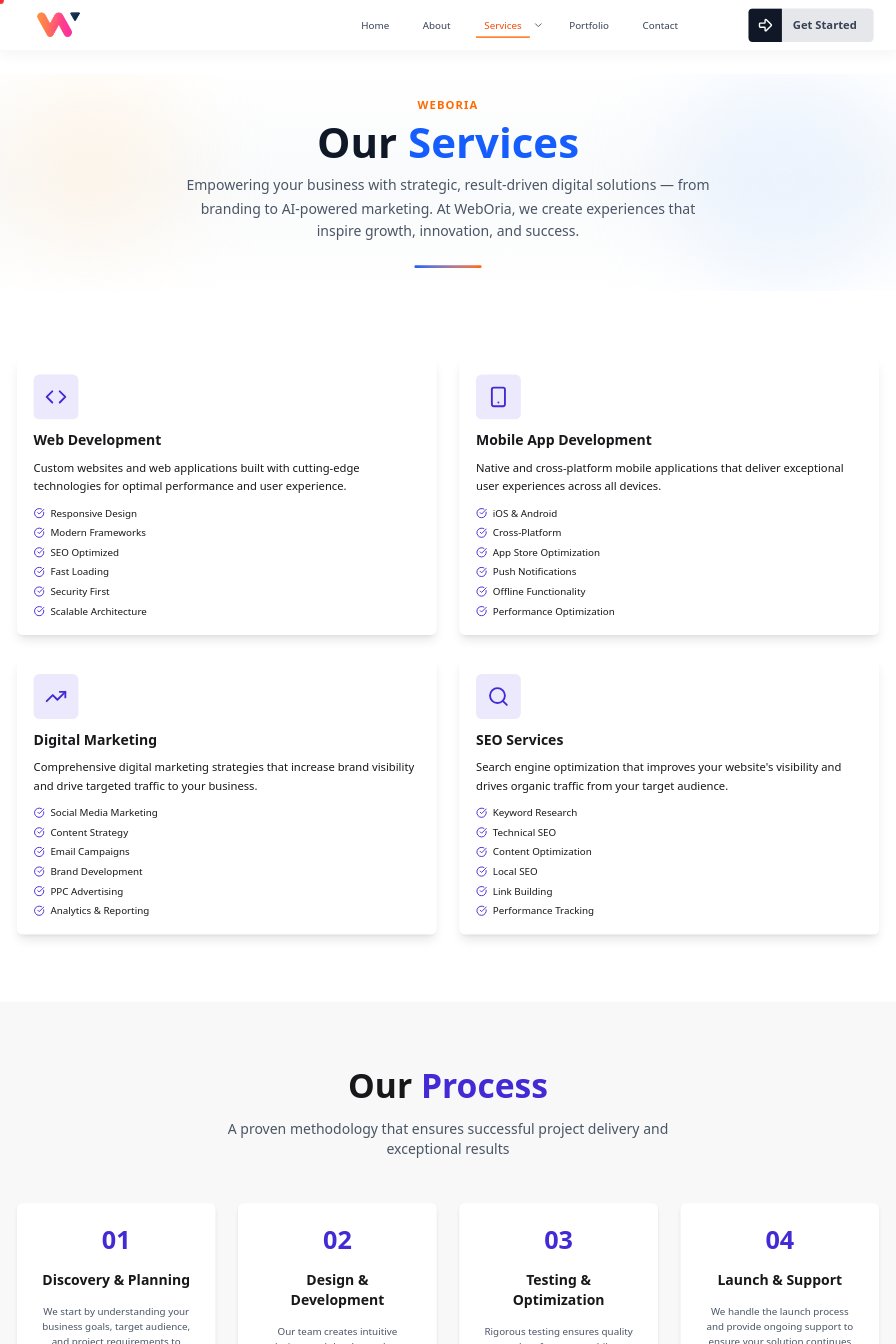
Repository: mdmuhibullahhabib/weboria
Page: /services
An editor plug-in stored every save of this project. The page is shown before and after the next save, followed by the edit.
The browser window is 1280 px wide. The pictures show the part of the page from y = 0 to 1920 px (the page is 4078 px tall before and 4102 px after), at 70% of full size.
The project was rebuilt for these pictures with package versions that can differ from the ones it lists, and the page was loaded fresh each time. The framework's server and built-in components were replaced by stand-ins that run in the browser. Also part of the build but not shown: next.config.mjs.

Above is the page before, as saved 2025-10-07 16:50:41.

After the next save:
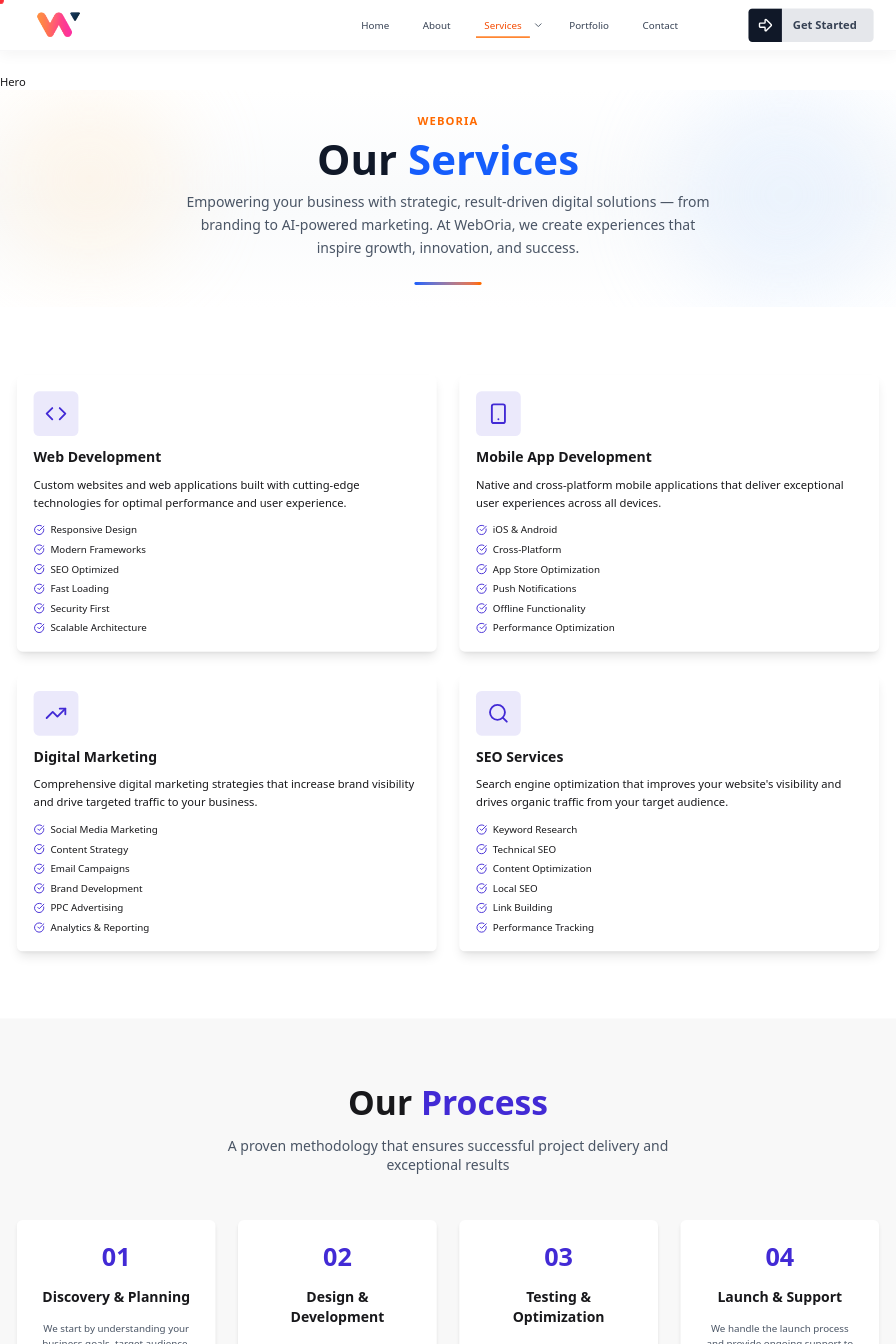
Saved 10 s later.
--- a/src/app/services/page.jsx
+++ b/src/app/services/page.jsx
@@ -69,7 +69,7 @@ export default function ServicesPage() {
     <div className="min-h-screen pt-8">
 
       <Hero/>
-
+      Hero
 
      <section className="py-8 bg-gradient-to-b from-white via-gray-50 to-white relative overflow-hidden">
       {/* Decorative Background Blobs */}
